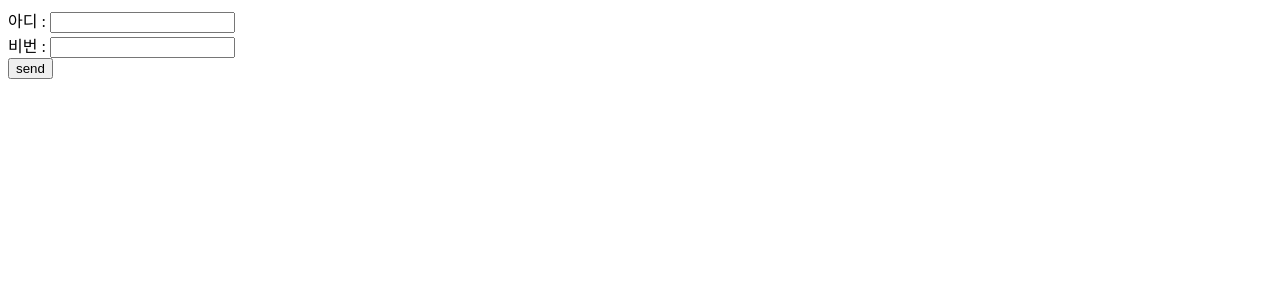
Repository: supremehappy/JSP_test02
Page: http://localhost/05/10_loginForm.jsp
These files come from the project's save history. The page is drawn as it stood at one moment and after the next save; the edit follows.
The browser window is 1280 px wide. The pictures show the whole page.
The page is served by Tomcat 9.

Above is the page before, as saved 2017-07-17 01:40:54.

### 05/WebContent/10_loginForm.jsp
<%@ page language="java" contentType="text/html; charset=UTF-8"
    pageEncoding="UTF-8"%>
<!DOCTYPE html PUBLIC "-//W3C//DTD HTML 4.01 Transitional//EN" "http://www.w3.org/TR/html4/loose.dtd">
<html>
<head>
<meta http-equiv="Content-Type" content="text/html; charset=UTF-8">
<title>Insert title here</title>
</head>
<body>
<form method="post" action="10_testLogin.jsp">
	<label for="userid">아디 : </label>
	<input type="text" name="id" id="userid"><br>

	<label for="userpw">비번 : </label>
	<input type="password" name="pw" id="userpw"><br>

	<input type="submit" value="send">
</form>
</body>
</html>

After the next save:
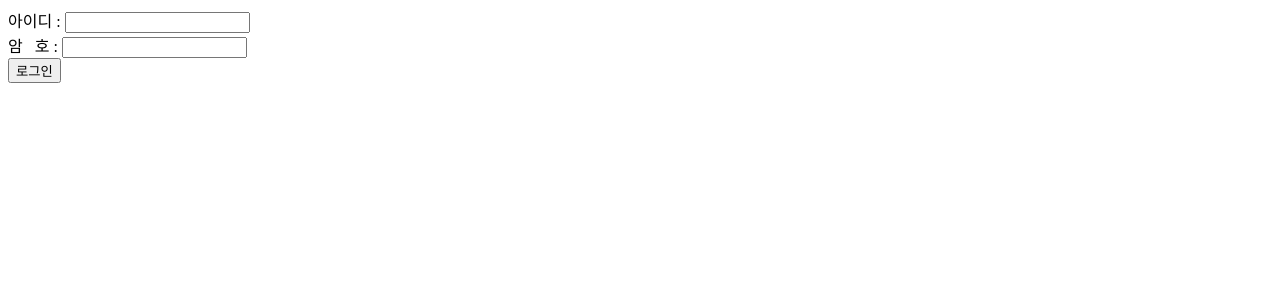
Saved 4 min 47 s later.
--- a/05/WebContent/10_loginForm.jsp
+++ b/05/WebContent/10_loginForm.jsp
@@ -8,13 +8,11 @@
 </head>
 <body>
 <form method="post" action="10_testLogin.jsp">
-	<label for="userid">아디 : </label>
+	<label for="userid"> 아이디 : </label>
 	<input type="text" name="id" id="userid"><br>
-
-	<label for="userpw">비번 : </label>
-	<input type="password" name="pw" id="userpw"><br>
-
-	<input type="submit" value="send">
+	<label for="userpwd"> 암 &nbsp; 호 : </label>
+	<input type ="password" name="pwd" id="userpwd" ><br>
+	<input type="submit" value="로그인">
 </form>
 </body>
 </html>
